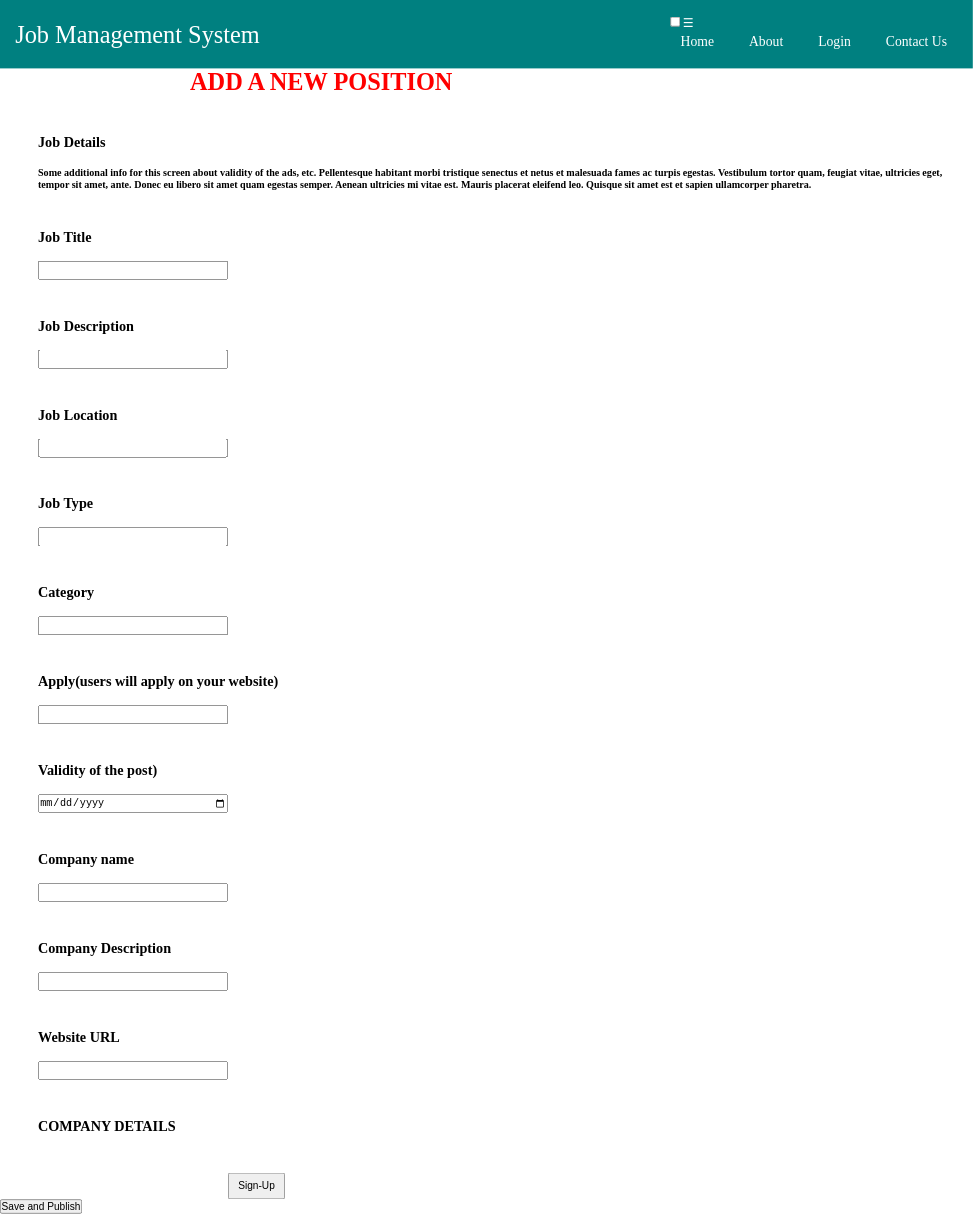
Repository: PrinceKumawat1109/JFSD
Page: http://localhost/Job-management/newposition.jsp
An editor plug-in stored every save of this project. The page is shown before and after the next save, followed by the edit.
The browser window is 1280 px wide. The pictures show the whole page, at 76% of full size.
The page is served by Tomcat 9.

Above is the page before, as saved 2022-10-29 21:12:53.

After the next save:
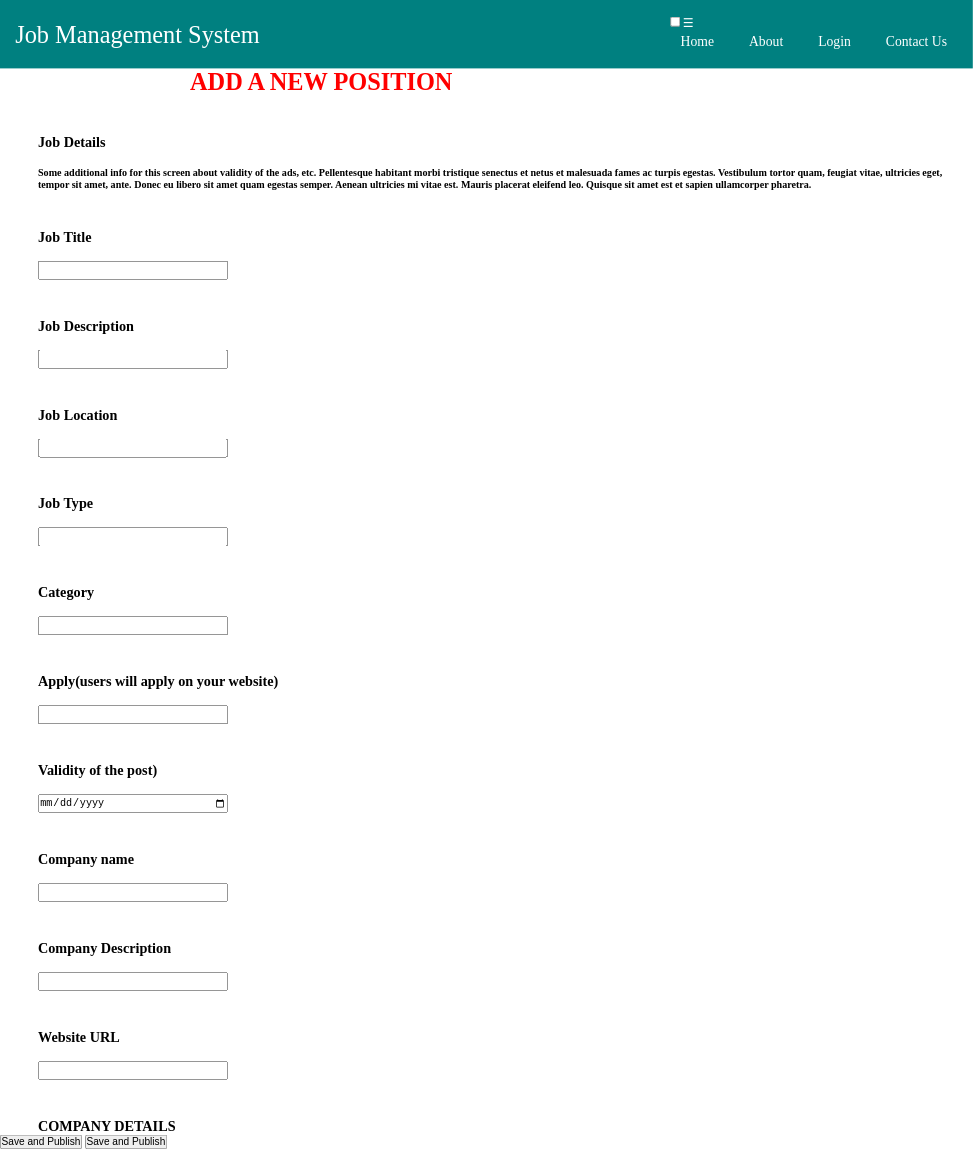
Saved 21 min 44 s later.
--- a/Job-management/src/main/webapp/newposition.jsp
+++ b/Job-management/src/main/webapp/newposition.jsp
@@ -37,9 +37,7 @@
 	<h3 style="margin-left: 50px; margin-top: 50px;">Website URL</h3>
 	<input style="margin-left: 50px; margin-top: 20px; height: 25px; width: 250px;" type="text" id="t10"/>
 	<h3 style="margin-left: 50px; margin-top: 50px;">COMPANY DETAILS</h3>
-
-	<div style="margin-top: 50px; margin-left: 300px;" class="butt">
-	<button style="height: 35px; width: 75px;"  onclick="save()">Sign-Up</button>
+	<button onclick="save1()">Save and Publish</button>
 	</div>
 	<!--<h2>ADD A NEW POSTION</h2>
 	<h4>Job Details</h4>
